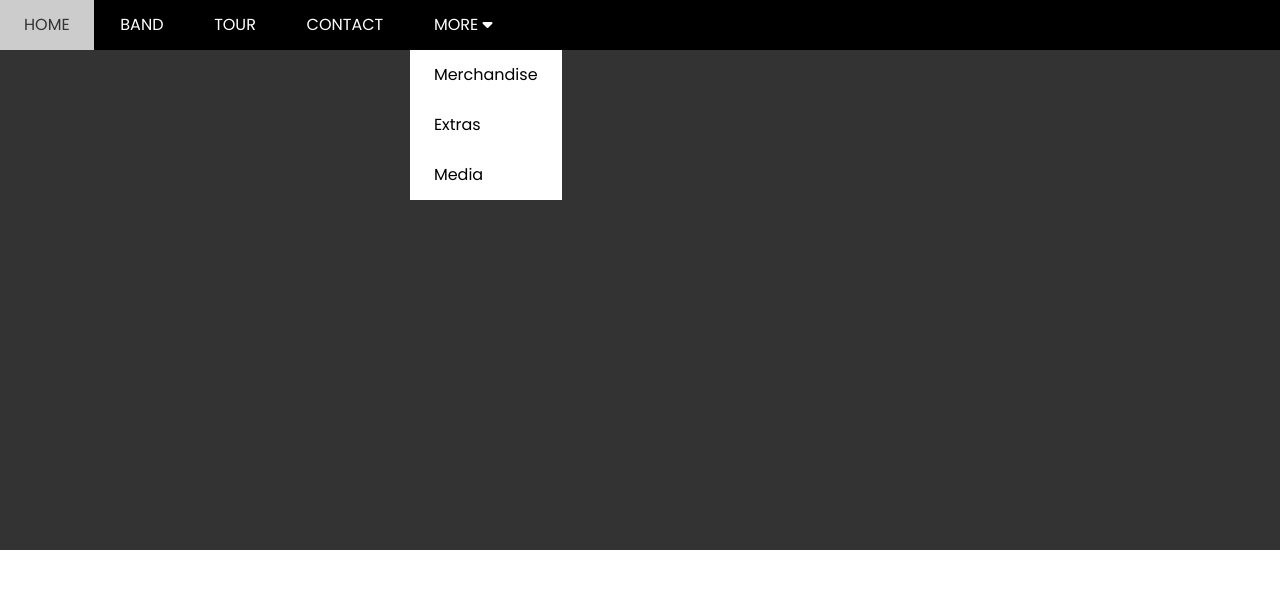
Repository: dptuyen1/the-band
Page: index.html
An editor plug-in stored every save of this project. The page is shown before and after the next save, followed by the edit.
The browser window is 1280 px wide. The pictures show the whole page.

Above is the page before, as saved 2023-06-02 12:27:10.

After the next save:
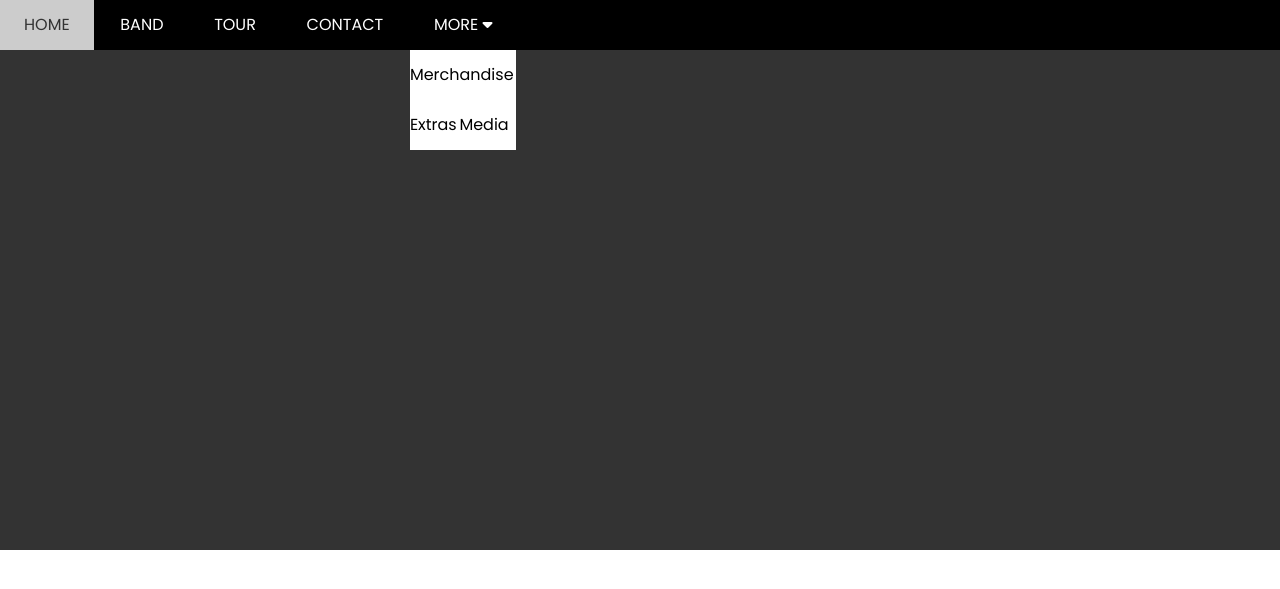
Saved 20 s later.
--- a/assets/css/style.css
+++ b/assets/css/style.css
@@ -58,6 +58,7 @@ html {
 
 #nav .sub-nav a {
   color: var(--black);
+  padding: 0;
 }
 
 #slider {
